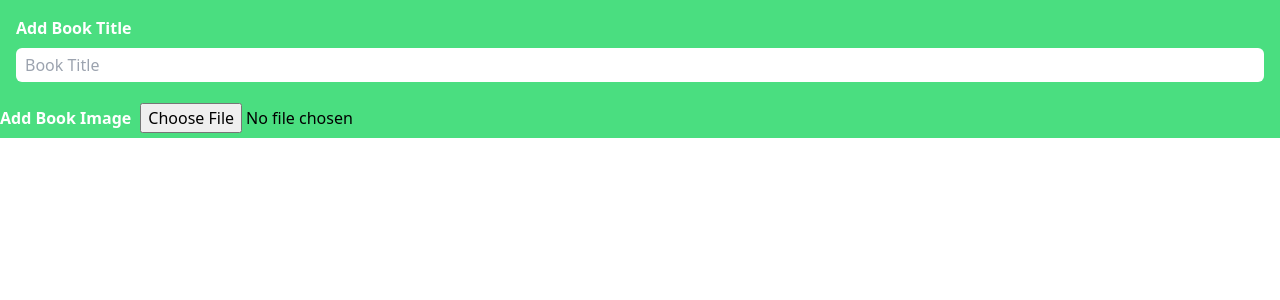
Repository: Marhamat92/booksappwithcontext
Page: /
The author's editor kept a copy of each file at every save. The page is drawn from the files as they stood at one save, then again after the next save.
The browser window is 1280 px wide. The pictures show the whole page.
The project was rebuilt for these pictures with package versions that can differ from the ones it lists, and the page was loaded fresh each time. Also part of the build but not shown: src/App.css.

Above is the page before, as saved 2022-12-07 14:12:59.

After the next save:
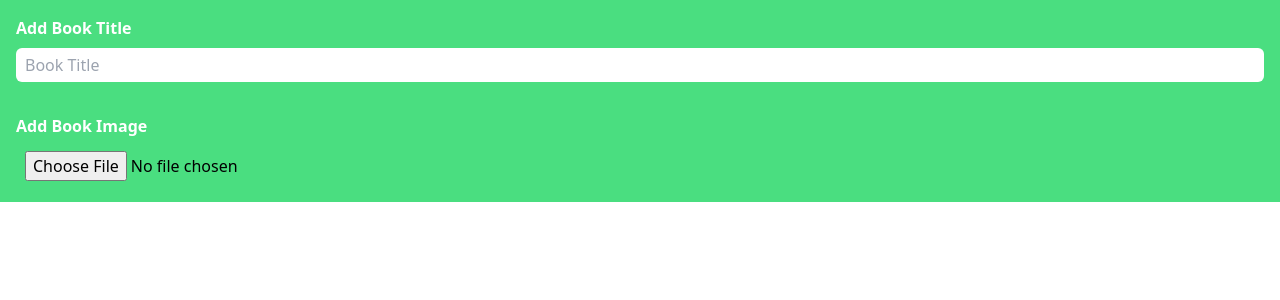
Saved 38 s later.
--- a/src/components/Inputs/ImageInput.tsx
+++ b/src/components/Inputs/ImageInput.tsx
@@ -4,7 +4,7 @@ type Props = {};
 
 function ImageInput({}: Props) {
   return (
-    <div>
+    <div className='flex flex-col px-4 py-4'>
       <label className='text-white font-bold mb-2' htmlFor='image'>
         Add Book Image
       </label>
